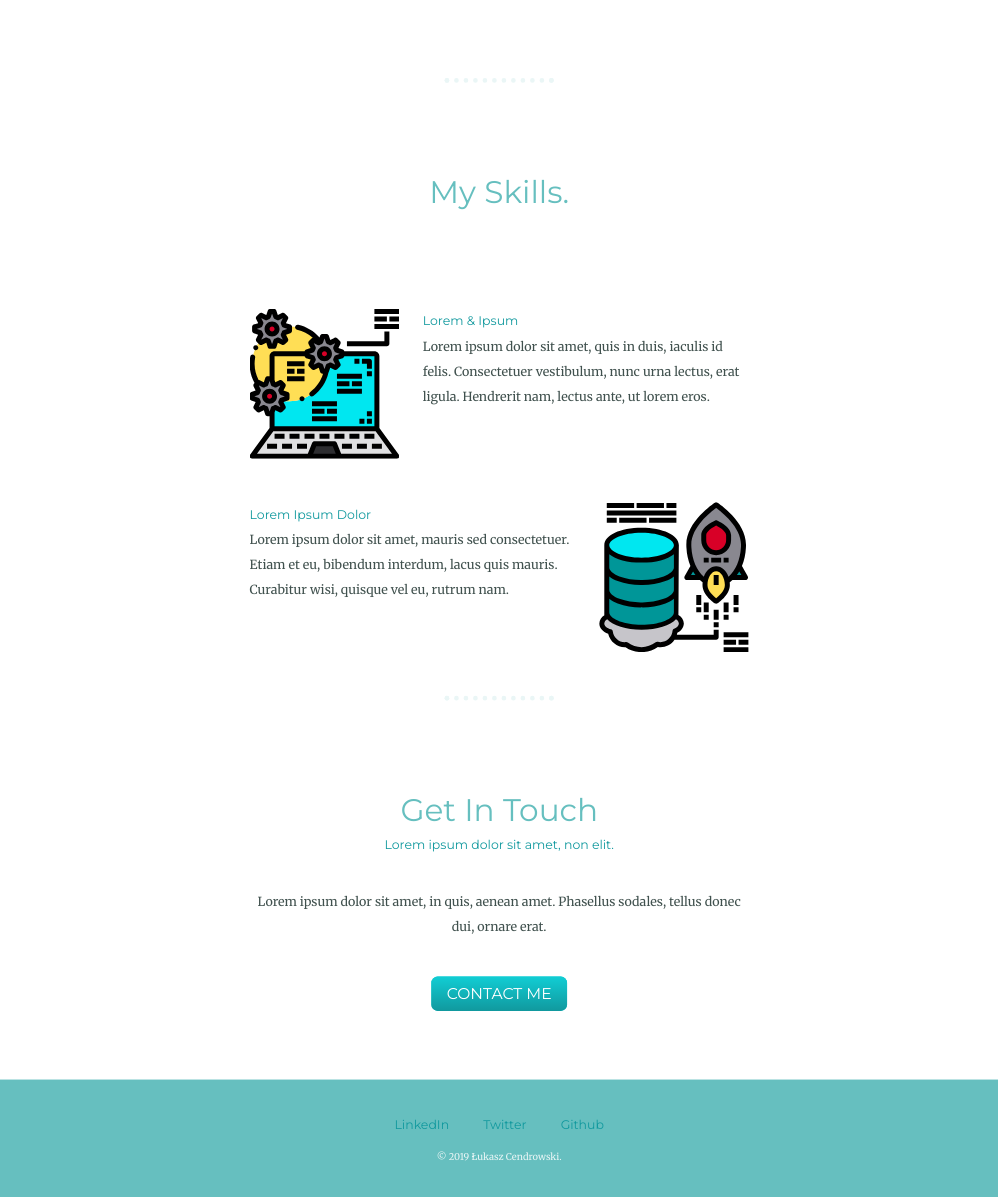
Repository: Isanderr/simple_landing_page-1
Page: index.html
An editor plug-in stored every save of this project. The page is shown before and after the next save, followed by the edit.
The browser window is 1280 px wide. The pictures show the part of the page from y = 1018 to 2553 px (the page is 2553 px tall before and 2473 px after), at 78% of full size.
A picture or video elsewhere on the page could not be fetched, so the positions and the page height are approximate.

Above is the page before, as saved 2019-02-01 18:55:00.

After the next save:
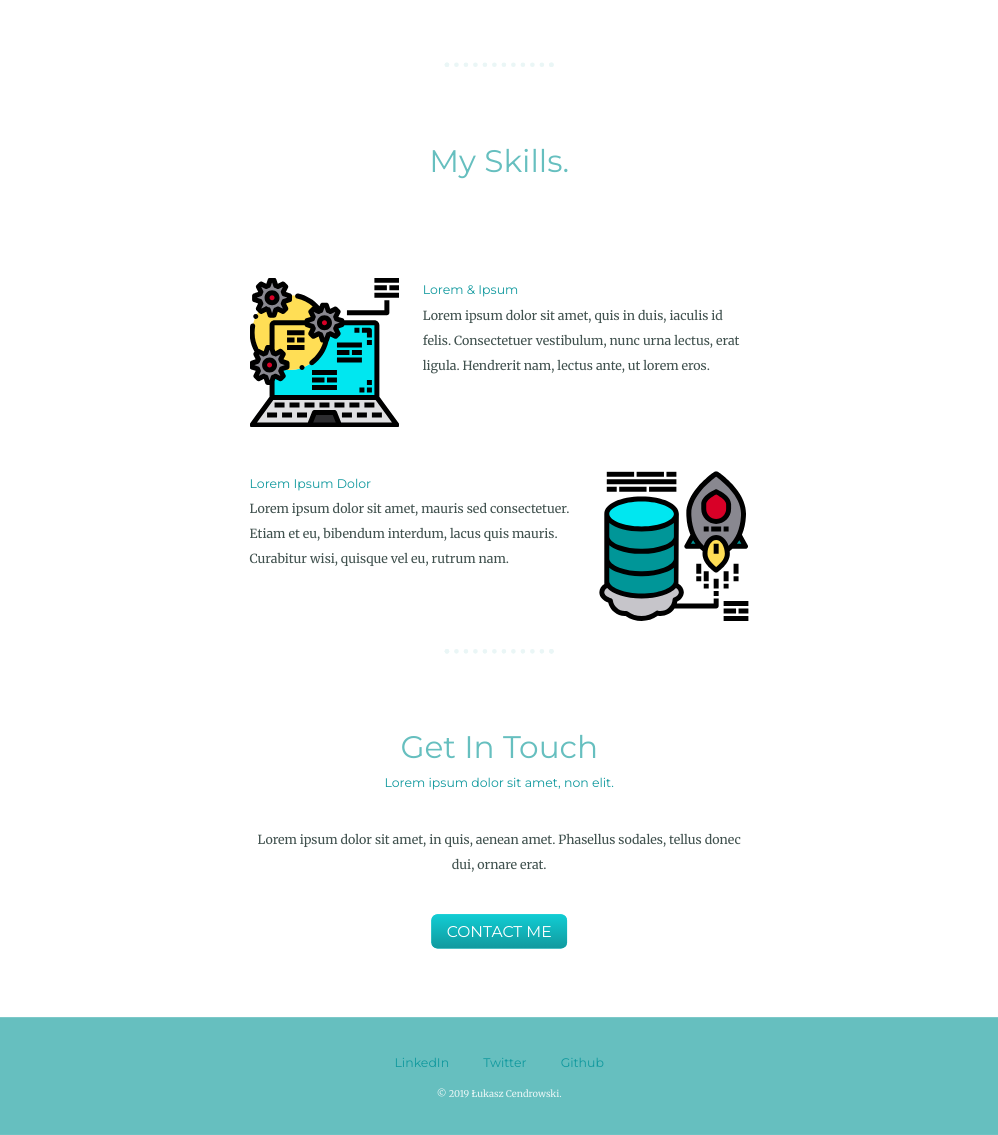
Saved 14 min 49 s later.
--- a/css/styles.css
+++ b/css/styles.css
@@ -34,7 +34,7 @@ hr {
     border: dotted #EAF6F6 6px;
     border-bottom: none;
     width: 10%;
-    margin: 120px auto;
+    margin: 100px auto;
 }
 p {
     line-height: 2;
